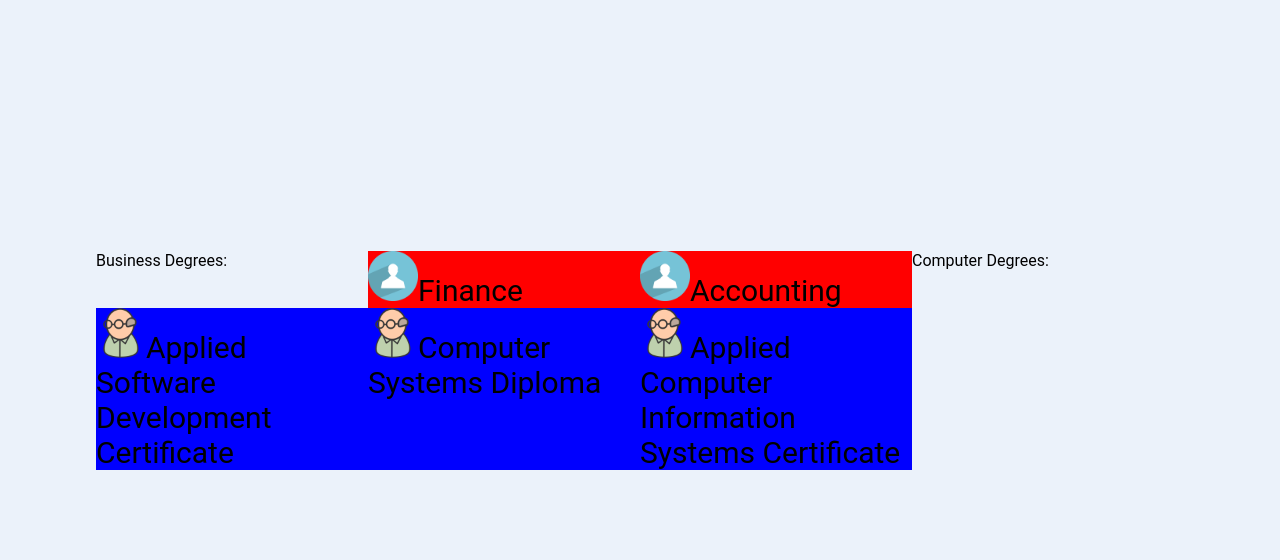
Repository: NeemaToto/mdia2109week3
Page: /
An editor plug-in stored every save of this project. The page is shown before and after a run of saves, followed by the edit.
The browser window is 1280 px wide. The pictures show the whole page.
The project was rebuilt for these pictures with package versions that can differ from the ones it lists, and the page was loaded fresh each time. The framework's server and built-in components were replaced by stand-ins that run in the browser. Also part of the build but not shown: next.config.js.

Above is the page before, as saved 2023-01-19 12:21:16.

After the next 2 saves:
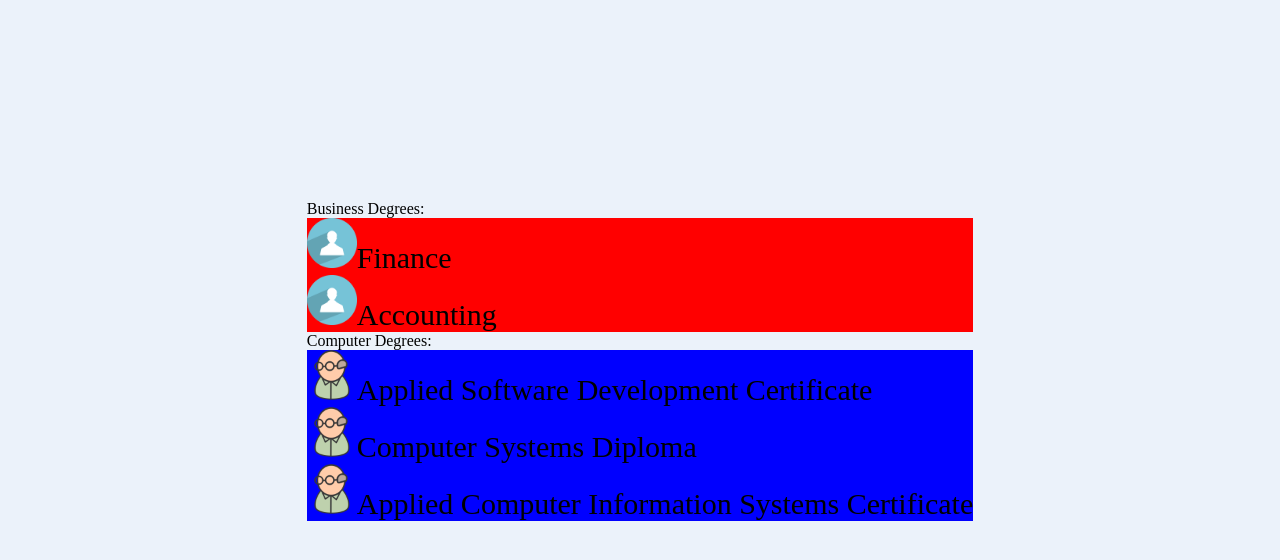
The 2 saves are shown as one change because 1 did not build or start.
The last was saved 13 s later.
--- a/pages/index.js
+++ b/pages/index.js
@@ -22,7 +22,7 @@ export default function Home() {
         <link rel="icon" href="/degree-icon.png"/>
       </Head>
       <main className={styles.main}>
-        <div className={styles.grid}>
+        <div className=''>
           <div>Business Degrees:</div>
           {
             information && information.map((info, index) => {
